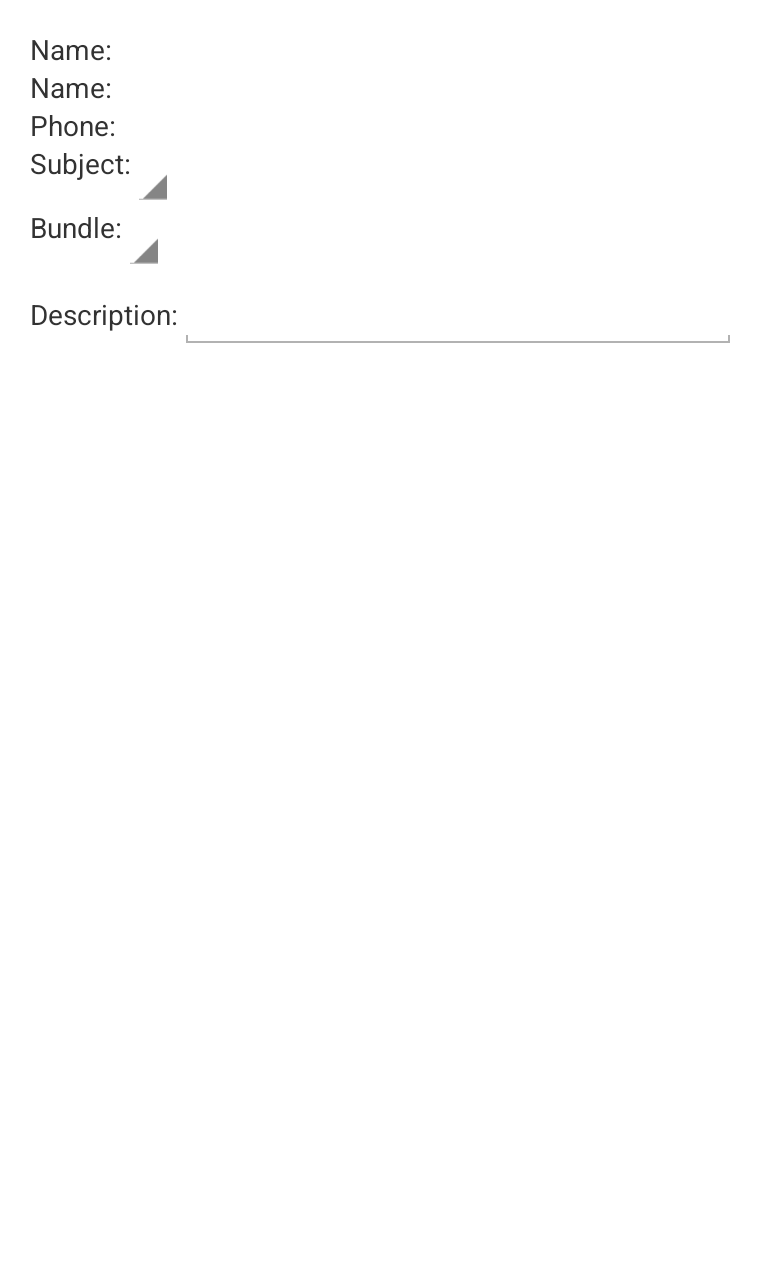
Repository: Pradeep-appstute/First
Layout: Control/res/layout/fragment_submit.xml
These files come from the project's save history. The layout is drawn as it stood at one moment and after the next save; the edit follows.
It is drawn on a 768 x 1280 px phone screen (xhdpi) without system bars, with theme AppTheme; the app's code is not run.

Above is the layout before, as saved 2014-02-24 11:38:05.

After the next save:
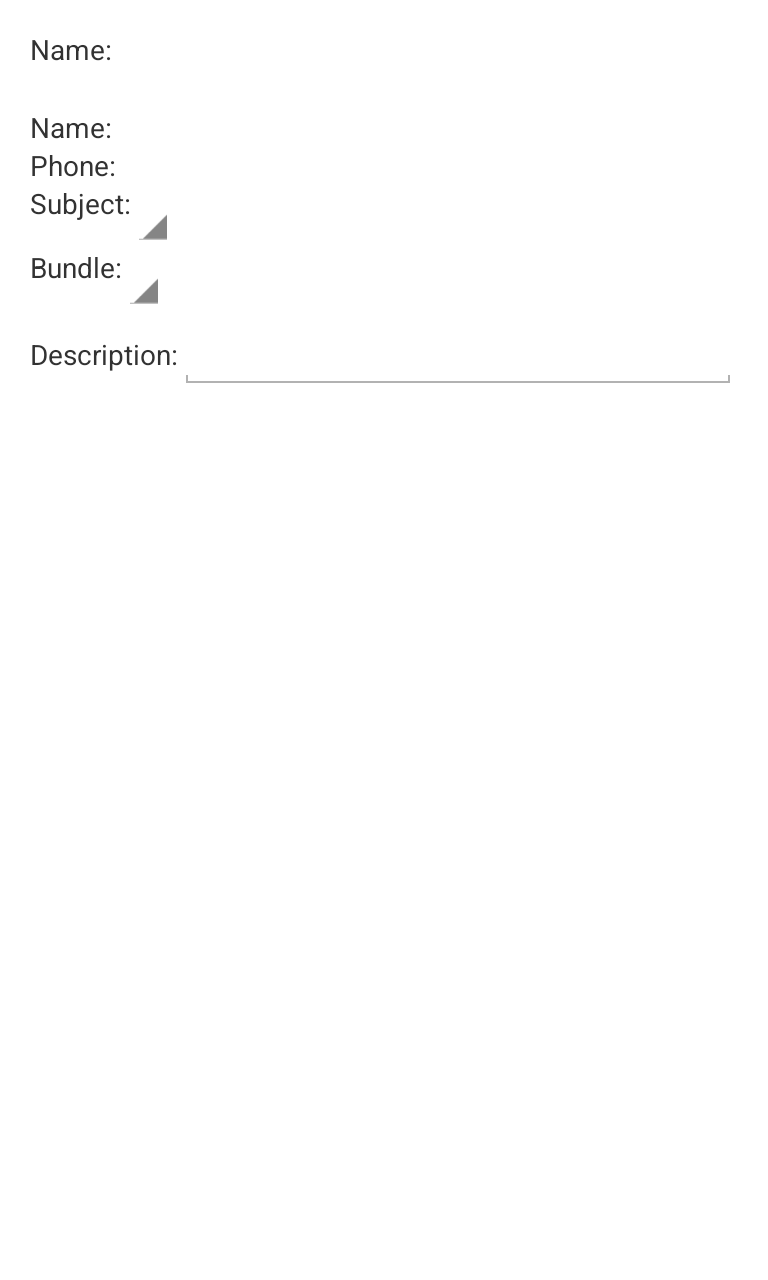
Saved 35 s later.
--- a/Control/res/layout/fragment_submit.xml
+++ b/Control/res/layout/fragment_submit.xml
@@ -9,7 +9,9 @@
     <LinearLayout
         android:layout_width="match_parent"
         android:layout_height="wrap_content"
-        android:orientation="horizontal" >
+        android:orientation="horizontal"
+        android:layout_marginBottom="20dp"
+        >
 
         <TextView
             android:layout_width="wrap_content"
